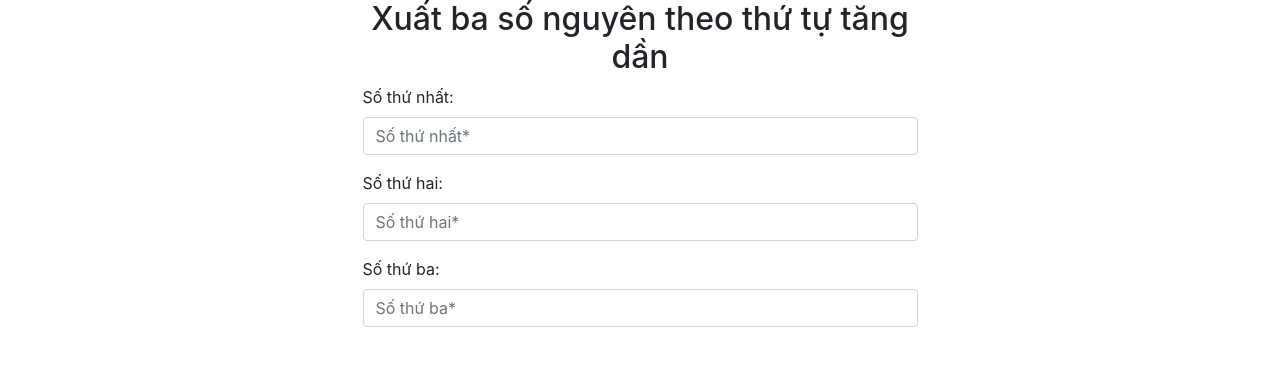
Repository: dovanthao2404/BC14_BaiTap_JS_Buoi_4_dovanthao
Page: html/bai1.html
The author's editor kept a copy of each file at every save. The page is drawn from the files as they stood at one save, then again after the next save.
The browser window is 1280 px wide. The pictures show the whole page.

Above is the page before, as saved 2021-07-02 00:27:37.

### html/bai1.html
<!DOCTYPE html>
<html lang="en">

<head>
  <meta charset="UTF-8">
  <meta http-equiv="X-UA-Compatible" content="IE=edge">
  <meta name="viewport" content="width=device-width, initial-scale=1.0">
  <title>Document</title>

  <!-- BS4 -->
  <link rel="stylesheet" href="https://cdn.jsdelivr.net/npm/bootstrap@4.6.0/dist/css/bootstrap.min.css"
    integrity="sha384-B0vP5xmATw1+K9KRQjQERJvTumQW0nPEzvF6L/Z6nronJ3oUOFUFpCjEUQouq2+l" crossorigin="anonymous">
</head>

<body>
  <div class="container">
    <form class="w-50 mx-auto">
      <h2 class=text-center>Xuất ba số nguyên theo thứ tự tăng dần</h2>
      <div class="form-group">
        <label for="number-1">Số thứ nhất: </label>
        <input type="text" name="" id="number-1" class="form-control" placeholder="Số thứ nhất*">
      </div>
      <div class="form-group">
        <label for="number-2">Số thứ hai: </label>
        <input type="text" name="" id="number-2" class="form-control" placeholder="Số thứ hai*">
      </div>
      <div class="form-group">
        <label for="number-3">Số thứ ba: </label>
        <input type="text" name="" id="number-3" class="form-control" placeholder="Số thứ ba*">
      </div>
    </form>
  </div>
</body>

</html>

After the next save:
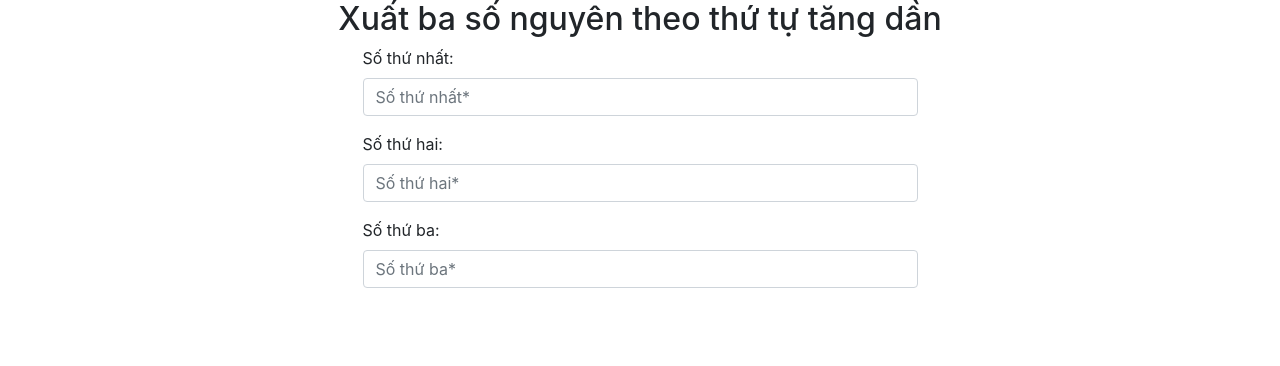
Saved 12 s later.
--- a/html/bai1.html
+++ b/html/bai1.html
@@ -14,8 +14,8 @@
 
 <body>
   <div class="container">
+    <h2 class=text-center>Xuất ba số nguyên theo thứ tự tăng dần</h2>
     <form class="w-50 mx-auto">
-      <h2 class=text-center>Xuất ba số nguyên theo thứ tự tăng dần</h2>
       <div class="form-group">
         <label for="number-1">Số thứ nhất: </label>
         <input type="text" name="" id="number-1" class="form-control" placeholder="Số thứ nhất*">
